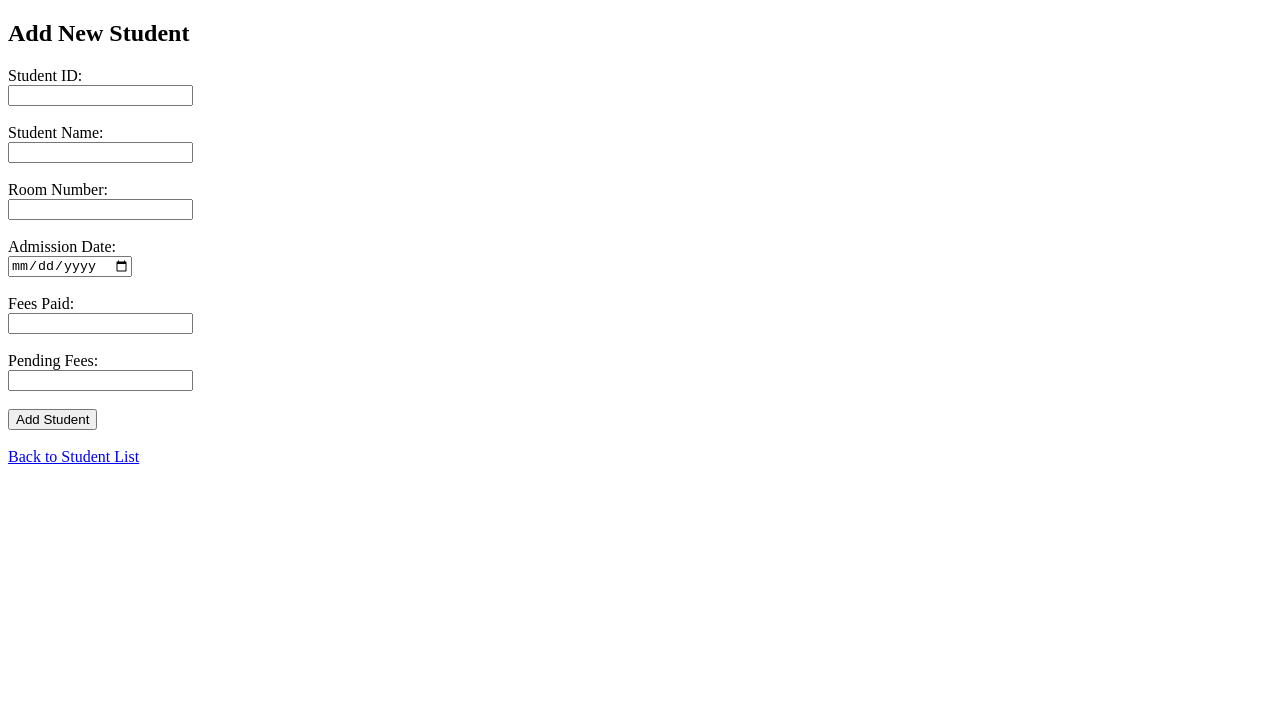
Repository: Keerthana2M/Hostel-Management-system
Page: http://localhost/Hostelweb/studentadd.jsp
The author's editor kept a copy of each file at every save. The page is drawn from the files as they stood at one save, then again after the next save.
The browser window is 1280 px wide. The pictures show the whole page.
The page is served by Tomcat 9. Other server files are loaded and not shown.

Above is the page before, as saved 2025-05-28 09:44:33.

### Hostelweb/src/main/webapp/studentadd.jsp
<%@ page language="java" contentType="text/html; charset=UTF-8" pageEncoding="UTF-8"%>
<!DOCTYPE html>
<html>
<head>
  <title>Add New Student</title>
</head>
<body>
<h2>Add New Student</h2>
<form action="addStudent" method="post">
  <label>Student ID:</label><br>
  <input type="number" name="id" required><br><br>

  <label>Student Name:</label><br>
  <input type="text" name="name" required><br><br>

  <label>Room Number:</label><br>
  <input type="text" name="roomNumber" required><br><br>

  <label>Admission Date:</label><br>
  <input type="date" name="admissionDate" required><br><br>

  <label>Fees Paid:</label><br>
  <input type="number" step="0.01" name="feesPaid" required><br><br>

  <label>Pending Fees:</label><br>
  <input type="number" step="0.01" name="pendingFees" required><br><br>

  <input type="submit" value="Add Student">
</form>
<br>
<a href="studentdisplay.jsp">Back to Student List</a>
</body>
</html>

After the next save:
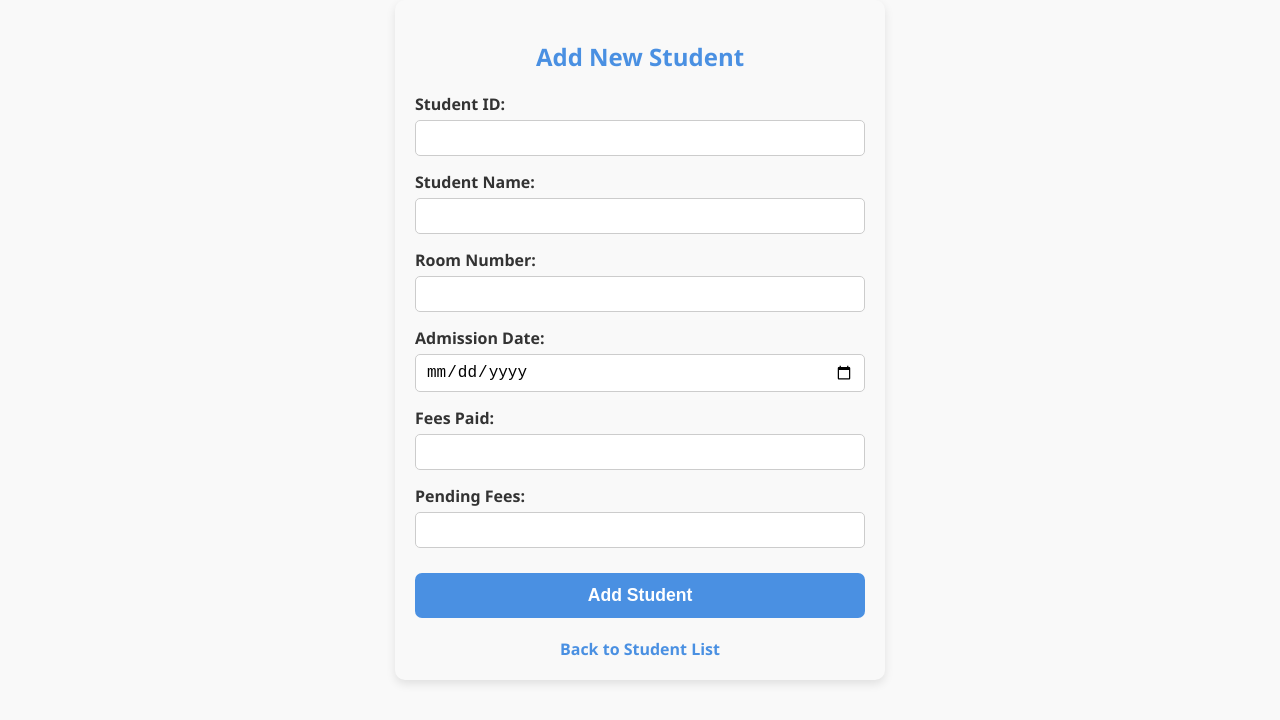
Saved 6 min 54 s later.
--- a/Hostelweb/src/main/webapp/studentadd.jsp
+++ b/Hostelweb/src/main/webapp/studentadd.jsp
@@ -3,31 +3,97 @@
 <html>
 <head>
   <title>Add New Student</title>
+  <style>
+    body {
+      font-family: 'Segoe UI', Tahoma, Geneva, Verdana, sans-serif;
+      background: #f9f9f9;
+      padding: 20px;
+      max-width: 450px;
+      margin: auto;
+      border-radius: 10px;
+      box-shadow: 0 4px 10px rgba(0,0,0,0.1);
+    }
+    h2 {
+      text-align: center;
+      color: #4a90e2;
+    }
+    label {
+      font-weight: bold;
+      display: block;
+      margin-top: 15px;
+      color: #333;
+    }
+    input[type="text"],
+    input[type="number"],
+    input[type="date"] {
+      width: 100%;
+      padding: 8px 10px;
+      margin-top: 5px;
+      border: 1px solid #ccc;
+      border-radius: 5px;
+      box-sizing: border-box;
+      font-size: 1rem;
+      transition: border-color 0.3s;
+    }
+    input[type="text"]:focus,
+    input[type="number"]:focus,
+    input[type="date"]:focus {
+      border-color: #4a90e2;
+      outline: none;
+    }
+    input[type="submit"] {
+      margin-top: 25px;
+      width: 100%;
+      background-color: #4a90e2;
+      color: white;
+      font-weight: bold;
+      padding: 12px;
+      border: none;
+      border-radius: 7px;
+      font-size: 1.1rem;
+      cursor: pointer;
+      transition: background-color 0.3s;
+    }
+    input[type="submit"]:hover {
+      background-color: #357abd;
+    }
+    a {
+      display: block;
+      text-align: center;
+      margin-top: 20px;
+      color: #4a90e2;
+      text-decoration: none;
+      font-weight: 600;
+    }
+    a:hover {
+      text-decoration: underline;
+    }
+  </style>
 </head>
 <body>
-<h2>Add New Student</h2>
-<form action="addStudent" method="post">
-  <label>Student ID:</label><br>
-  <input type="number" name="id" required><br><br>
+  <h2>Add New Student</h2>
+  <form action="addStudent" method="post">
+    <label for="studentId">Student ID:</label>
+    <input type="number" id="studentId" name="studentId" required>
 
-  <label>Student Name:</label><br>
-  <input type="text" name="name" required><br><br>
+    <label for="studentName">Student Name:</label>
+    <input type="text" id="studentName" name="studentName" required>
 
-  <label>Room Number:</label><br>
-  <input type="text" name="roomNumber" required><br><br>
+    <label for="roomNumber">Room Number:</label>
+    <input type="text" id="roomNumber" name="roomNumber" required>
 
-  <label>Admission Date:</label><br>
-  <input type="date" name="admissionDate" required><br><br>
+    <label for="admissionDate">Admission Date:</label>
+    <input type="date" id="admissionDate" name="admissionDate" required>
 
-  <label>Fees Paid:</label><br>
-  <input type="number" step="0.01" name="feesPaid" required><br><br>
+    <label for="feesPaid">Fees Paid:</label>
+    <input type="number" step="0.01" id="feesPaid" name="feesPaid" required>
 
-  <label>Pending Fees:</label><br>
-  <input type="number" step="0.01" name="pendingFees" required><br><br>
+    <label for="pendingFees">Pending Fees:</label>
+    <input type="number" step="0.01" id="pendingFees" name="pendingFees" required>
 
-  <input type="submit" value="Add Student">
-</form>
-<br>
-<a href="studentdisplay.jsp">Back to Student List</a>
+    <input type="submit" value="Add Student">
+  </form>
+
+  <a href="studentdisplay.jsp">Back to Student List</a>
 </body>
 </html>
